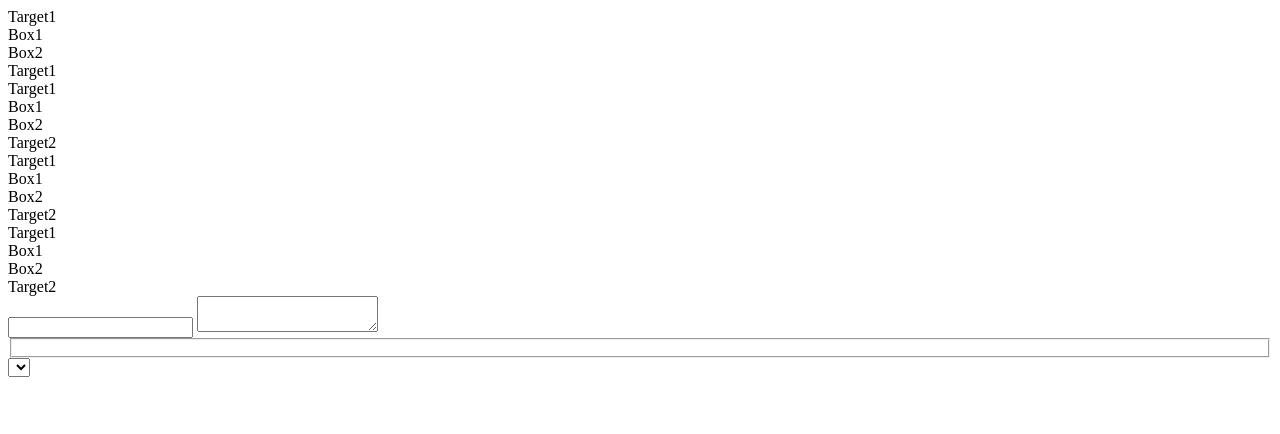
Repository: wairoku/suretigai1
Page: jack.html
These files come from the project's save history. The page is drawn as it stood at one moment and after the next save; the edit follows.
The browser window is 1280 px wide. The pictures show the whole page.

Above is the page before, as saved 2019-01-02 18:46:49.

### jack.html
<!DOCTYPE html>
<body>


    <div id="target1">Target1</div>
    <div class="box">Box1</div>
    <div class="box">Box2</div>
    <div id="target1">Target1</div>

    <div id="target1">Target1</div>
    <div class="box1">Box1</div>
    <div class="box2">Box2</div>
    <div id="target1">Target2</div>

    <div id="target1">Target1</div>
    <div class="box">Box1</div>
    <div class="box">Box2</div>
    <div id="target2">Target2</div>

    <div id="target">Target1</div>
    <div class="box">Box1</div>
    <div class="box">Box2</div>
    <div id="target">Target2</div>

    <input type="text">

    <textarea></textarea>



    <fieldset></fieldset>

    <select>

</body>

After the next save:
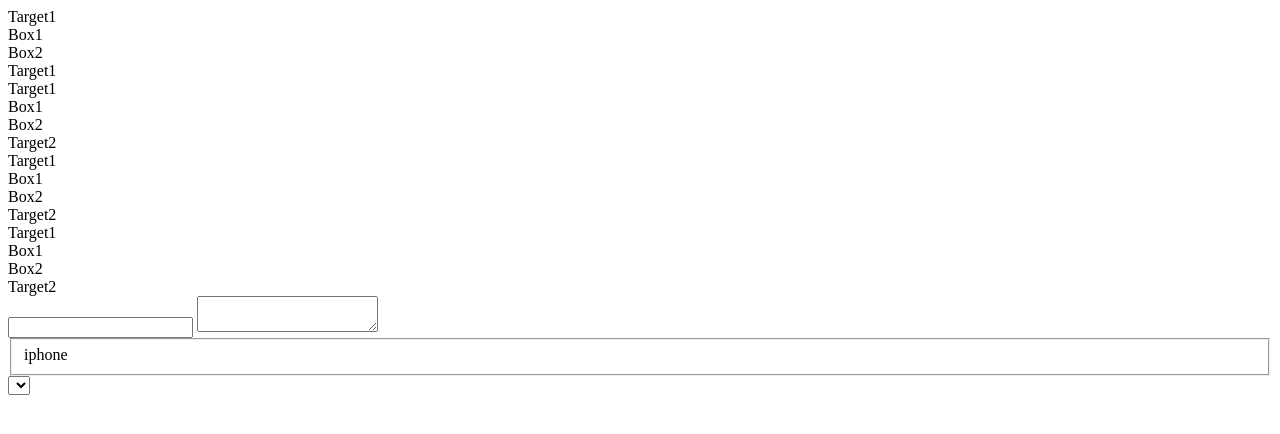
Saved 39 s later.
--- a/jack.html
+++ b/jack.html
@@ -28,7 +28,7 @@
 
 
 
-    <fieldset></fieldset>
+    <fieldset>iphone</fieldset>
 
     <select>
 
